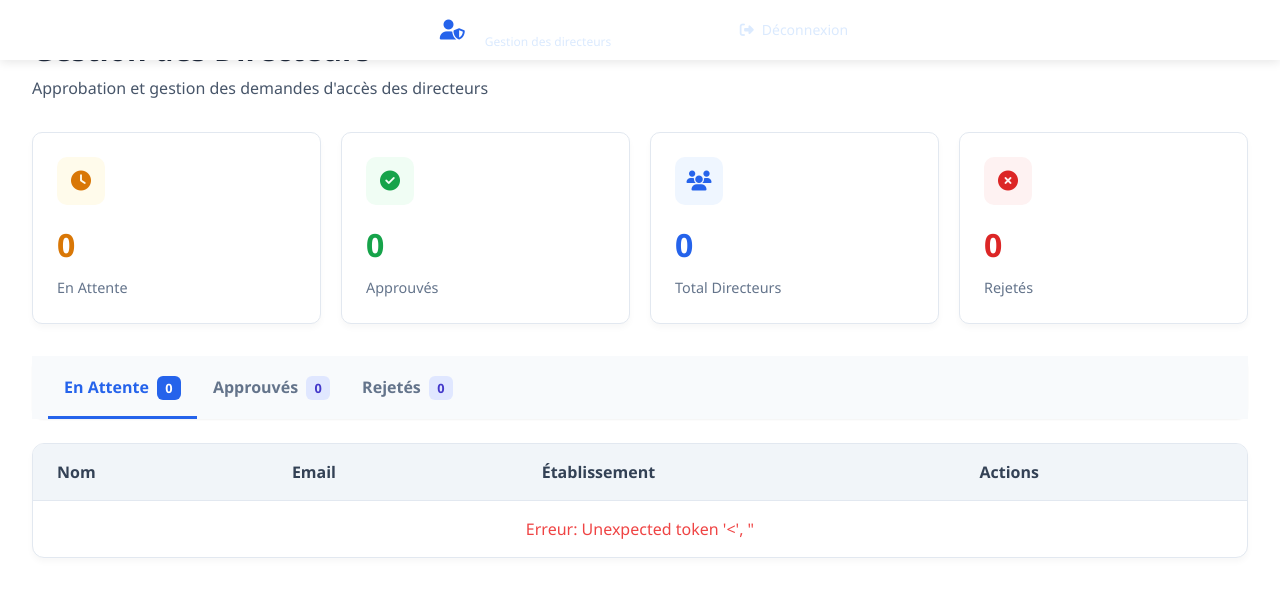
Repository: Mouad-git/edtpro
Page: gestion_edt/public/admin_dashboard.html
An editor plug-in stored every save of this project. The page is shown before and after the next save, followed by the edit.
The browser window is 1280 px wide. The pictures show the whole page.
Some web libraries are served in a nearby version.

Above is the page before, as saved 2025-08-08 18:29:55.

### gestion_edt/public/admin_dashboard.html
<!DOCTYPE html>
<html lang="fr">
<head>
    <meta charset="UTF-8">
    <meta name="viewport" content="width=device-width, initial-scale=1.0">
    <title>Tableau de Bord Administrateur</title>
    <script src="https://cdn.tailwindcss.com"></script>
    <link rel="stylesheet" href="https://cdnjs.cloudflare.com/ajax/libs/font-awesome/6.4.0/css/all.min.css"/>
    <style>
        :root {
            --primary: #2563eb; --primary-light: #dbeafe; --secondary: #64748b;
            --success: #16a34a; --danger: #dc2626; --warning: #d97706; --background: #f8fafc;
        }
        body { background-color: white; font-family: 'Segoe UI', system-ui, sans-serif; color: #1e293b; }

        .tabs-container { background-color: #f8fafc; padding: 0 1rem; }
        .tab-button {
            padding: 1rem; font-weight: 600; color: #64748b;
            border-bottom: 3px solid transparent; transition: all 0.2s ease;
            position: relative; background: none; border-top: 3px solid transparent;
            border-left: none; border-right: none; cursor: pointer; font-size: 1rem;
        }
        .tab-button:hover { color: var(--primary); background-color: #f1f5f9; }
        .tab-button.active { color: var(--primary); border-bottom-color: var(--primary); }
        .tab-button .badge {
            background: #e0e7ff; color: #4338ca; border-radius: 6px;
            width: auto; min-width: 24px; height: 24px; padding: 0 6px;
            font-size: 0.8rem; display: inline-flex; align-items: center; justify-content: center;
            margin-left: 8px;
        }
        .tab-button.active .badge { background-color: var(--primary); color: white; }

        .tab-content { display: none; }
        .tab-content.active { display: block; animation: fadeIn 0.4s ease; }
        @keyframes fadeIn { from { opacity: 0; transform: translateY(10px); } to { opacity: 1; transform: translateY(0); } }

        .card { background: white; border-radius: 12px; box-shadow: 0 4px 6px rgba(0, 0, 0, 0.03); overflow: hidden; border: 1px solid #e2e8f0; }
        .table { width: 100%; border-collapse: separate; border-spacing: 0; }
        .table th { background-color: #f1f5f9; color: #334155; font-weight: 600; padding: 1rem 1.5rem; text-align: left; border-bottom: 1px solid #e2e8f0; }
        .table td { padding: 1rem 1.5rem; border-bottom: 1px solid #e2e8f0; }
        .table tr:last-child td { border-bottom: none; }
        .table tr:hover { background-color: #f8fafc; }

        .btn { padding: 0.5rem 1rem; border-radius: 6px; font-weight: 500; font-size: 0.875rem; display: inline-flex; align-items: center; gap: 0.3rem; cursor: pointer; border: 1px solid transparent; transition: all 0.2s; }
        .btn-success { background-color: var(--success); color: white; }
        .btn-success:hover { background-color: #15803d; }
        .btn-danger { background-color: var(--danger); color: white; }
        .btn-danger:hover { background-color: #b91c1c; }
        .btn-outline { background-color: transparent; border: 1px solid #cbd5e1; color: #475569; }
        .btn-outline:hover { background-color: #f1f5f9; border-color: #94a3b8; }

        .status-badge { display: inline-flex; align-items: center; padding: 0.25rem 0.75rem; border-radius: 20px; font-size: 0.75rem; font-weight: 500; }
        .badge-approved { background-color: #dcfce7; color: #166534; }

        .header-gradient { background: linear-gradient(135deg, #0f172a, #1e40af); color: white; }
        .empty-state { padding: 3rem; text-align: center; color: #94a3b8; }
        .empty-state i { font-size: 3rem; margin-bottom: 1rem; color: #e2e8f0; }

        .stats-card { background: white; border-radius: 10px; padding: 1.5rem; box-shadow: 0 4px 6px rgba(0, 0, 0, 0.03); border: 1px solid #e2e8f0; }
        .stats-card .value { font-size: 2rem; font-weight: 700; margin-bottom: 0.5rem; }
        .stats-card .title { color: #64748b; font-size: 0.9rem; }
        .stats-card .icon { width: 48px; height: 48px; border-radius: 10px; display: flex; align-items: center; justify-content: center; margin-bottom: 1rem; }
        .pending .icon { background: #fffbeb; color: #d97706; }
        .approved .icon { background: #f0fdf4; color: #16a34a; }
        .rejected .icon { background: #fef2f2; color: #dc2626; }

        nav {
      position: fixed;
      top: 0;
      left: 0;
      width: 100%;
      height: 60px;
      padding: 10px 20px;
      background:#fff;
      box-shadow: 0 2px 10px rgba(0, 0, 0, 0.1);
      display: flex;
      align-items: center;
      z-index: 700;
      justify-content: space-between;
    }
    </style>
</head>
<body>
    <nav>
        <div class="max-w-7xl mx-auto px-4 sm:px-6 lg:px-8">
            <div class="flex justify-between items-center h-16">
                <div class="flex items-center space-x-3">
                    <div class="bg-white p-2 rounded-lg"><i class="fas fa-user-shield text-blue-600 text-xl"></i></div>
                    <div><div class="font-bold text-white">Tableau de Bord Administrateur</div><div class="text-xs text-blue-100">Gestion des directeurs</div></div>
                </div>
                <div><a href="../api/auth/logout.php" class="flex items-center text-sm font-medium text-blue-100 hover:text-white transition"><i class="fas fa-sign-out-alt mr-2"></i>Déconnexion</a></div>
            </div>
        </div>
    </nav>

    <div class="max-w-7xl mx-auto p-4 sm:p-6 lg:p-8">
        <div class="mb-8"><h1 class="text-2xl md:text-3xl font-bold text-slate-800">Gestion des Directeurs</h1><p class="text-slate-600 mt-2">Approbation et gestion des demandes d'accès des directeurs</p></div>

        <div class="grid grid-cols-1 md:grid-cols-2 lg:grid-cols-4 gap-5 mb-8">
            <div class="stats-card pending"><div class="icon"><i class="fas fa-clock text-xl"></i></div><div id="stat-pending" class="value text-amber-600">0</div><div class="title">En Attente</div></div>
            <div class="stats-card approved"><div class="icon"><i class="fas fa-check-circle text-xl"></i></div><div id="stat-approved" class="value text-green-600">0</div><div class="title">Approuvés</div></div>
            <div class="stats-card"><div class="icon bg-blue-50 text-blue-600"><i class="fas fa-users text-xl"></i></div><div id="stat-total" class="value text-blue-600">0</div><div class="title">Total Directeurs</div></div>
            <div class="stats-card rejected"><div class="icon"><i class="fas fa-times-circle text-xl"></i></div><div id="stat-rejected" class="value text-red-600">0</div><div class="title">Rejetés</div></div>
        </div>

        <div class="bg-white rounded-xl shadow-sm mb-6">
            <div class="tabs-container flex overflow-x-auto" id="admin-tabs">
                <button class="tab-button active" data-target="panel-pending">En Attente<span id="badge-pending" class="badge">0</span></button>
                <button class="tab-button" data-target="panel-approved">Approuvés<span id="badge-approved" class="badge">0</span></button>
                <button class="tab-button" data-target="panel-rejected">Rejetés<span id="badge-rejected" class="badge">0</span></button>
            </div>
        </div>

        <div>
            <div id="panel-pending" class="tab-content active">
                <div class="card"><div class="overflow-x-auto"><table class="table">
                    <thead><tr><th>Nom</th><th>Email</th><th>Établissement</th><th class="text-center">Actions</th></tr></thead>
                    <tbody id="pending-users-table"></tbody>
                </table></div></div>
            </div>
            <div id="panel-approved" class="tab-content">
                <div class="card"><div class="overflow-x-auto"><table class="table">
                    <thead><tr><th>Nom</th><th>Email</th><th>Établissement</th><th class="text-center">Statut</th></tr></thead>
                    <tbody id="approved-users-table"></tbody>
                </table></div></div>
            </div>
            <div id="panel-rejected" class="tab-content">
                <div class="card"><div class="overflow-x-auto"><table class="table">
                    <thead><tr><th>Nom</th><th>Email</th><th>Établissement</th><th class="text-center">Actions</th></tr></thead>
                    <tbody id="rejected-users-table"></tbody>
                </table></div></div>
            </div>
        </div>
    </div>

    <script>
        document.addEventListener('DOMContentLoaded', checkAdminSession);

        async function checkAdminSession() {
            try {
                const response = await fetch('../api/auth/verify_admin_session.php');
                if (!response.ok) { window.location.href = 'login.html'; return; }
                loadAllUsers();
                setupTabNavigation();
            } catch (error) { window.location.href = 'login.html'; }
        }

        async function loadAllUsers() {
            const tables = {
                pending: document.getElementById('pending-users-table'),
                approved: document.getElementById('approved-users-table'),
                rejected: document.getElementById('rejected-users-table'),
            };
            const loadingRow = (cols) => `<tr><td colspan="${cols}" class="px-6 py-4 text-center">Chargement...</td></tr>`;
            tables.pending.innerHTML = loadingRow(4);
            tables.approved.innerHTML = loadingRow(4);
            tables.rejected.innerHTML = loadingRow(4);

            try {
                const response = await fetch('../api/admin/get_all_users.php');
                const result = await response.json();

                if (result.success) {
                    const pending = result.data.filter(u => u.status === 'pending');
                    const approved = result.data.filter(u => u.status === 'approved');
                    const rejected = result.data.filter(u => u.status === 'rejected');

                    updateStatsAndBadges(pending, approved, rejected);
                    renderPendingTable(pending);
                    renderApprovedTable(approved);
                    renderRejectedTable(rejected);
                } else { throw new Error(result.message); }
            } catch (error) {
                const errorRow = `<tr><td colspan="4" class="px-6 py-4 text-center text-red-500">Erreur: ${error.message}</td></tr>`;
                Object.values(tables).forEach(t => t.innerHTML = errorRow);
            }
        }

        function updateStatsAndBadges(pending, approved, rejected) {
            document.getElementById('stat-pending').textContent = pending.length;
            document.getElementById('stat-approved').textContent = approved.length;
            document.getElementById('stat-rejected').textContent = rejected.length;
            document.getElementById('stat-total').textContent = pending.length + approved.length + rejected.length;

            document.getElementById('badge-pending').textContent = pending.length;
            document.getElementById('badge-approved').textContent = approved.length;
            document.getElementById('badge-rejected').textContent = rejected.length;
        }

        function renderPendingTable(users) {
            const tableBody = document.getElementById('pending-users-table');
            if (users.length === 0) { tableBody.innerHTML = '<tr><td colspan="4" class="empty-state"><i class="fas fa-inbox"></i><p>Aucune demande en attente.</p></td></tr>'; return; }
            tableBody.innerHTML = '';
            users.forEach(user => {
                const row = `
                    <tr class="hover:bg-gray-50">
                        <td class="font-medium">${user.nom_complet}</td><td>${user.email}</td><td>${user.nom_etablissement}</td>
                        <td class="text-center"><div class="flex justify-center space-x-2">
                            <button onclick="updateUserStatus(${user.id}, 'approved')" class="btn btn-success"><i class="fas fa-check mr-1"></i>Approuver</button>
                            <button onclick="updateUserStatus(${user.id}, 'rejected')" class="btn btn-danger"><i class="fas fa-times mr-1"></i>Rejeter</button>
                        </div></td>
                    </tr>`;
                tableBody.innerHTML += row;
            });
        }

        function renderApprovedTable(users) {
             const tableBody = document.getElementById('approved-users-table');
             if (users.length === 0) { tableBody.innerHTML = '<tr><td colspan="4" class="empty-state"><i class="fas fa-user-check"></i><p>Aucun directeur approuvé.</p></td></tr>'; return; }
             tableBody.innerHTML = '';
             users.forEach(user => {
                const row = `
                    <tr>
                        <td class="font-medium">${user.nom_complet}</td><td>${user.email}</td><td>${user.nom_etablissement}</td>
                        <td class="text-center"><span class="status-badge badge-approved"><i class="fas fa-check-circle mr-1"></i>Approuvé</span></td>
                    </tr>`;
                tableBody.innerHTML += row;
             });
        }

        function renderRejectedTable(users) {
            const tableBody = document.getElementById('rejected-users-table');
            if (users.length === 0) { tableBody.innerHTML = '<tr><td colspan="4" class="empty-state"><i class="fas fa-user-times"></i><p>Aucune inscription rejetée.</p></td></tr>'; return; }
            tableBody.innerHTML = '';
            users.forEach(user => {
                const row = `
                     <tr>
                        <td class="font-medium">${user.nom_complet}</td><td>${user.email}</td><td>${user.nom_etablissement}</td>
                        <td class="text-center"><div class="flex justify-center space-x-2">
                            <button onclick="updateUserStatus(${user.id}, 'approved')" class="btn btn-success"><i class="fas fa-redo-alt mr-1"></i>Ré-approuver</button>
                            <button onclick="updateUserStatus(${user.id}, 'deleted')" class="btn btn-outline"><i class="fas fa-trash-alt mr-1"></i>Supprimer</button>
                        </div></td>
                    </tr>`;
                tableBody.innerHTML += row;
            });
        }

        async function updateUserStatus(userId, status) {
            const actions = { 'approved': 'approuver', 'rejected': 'rejeter', 'deleted': 'supprimer définitivement' };
            if (!confirm(`Êtes-vous sûr de vouloir ${actions[status]} cet utilisateur ?`)) return;
            try {
                const response = await fetch('../api/admin/update_user_status.php', {
                    method: 'POST',
                    headers: { 'Content-Type': 'application/json' },
                    body: JSON.stringify({ user_id: userId, new_status: status })
                });
                const result = await response.json();
                if (result.success) {
                    alert(`Utilisateur ${status === 'deleted' ? 'supprimé' : actions[status]} avec succès.`);
                    loadAllUsers();
                } else {
                    alert("Erreur: " + (result.message || "Impossible de mettre à jour le statut."));
                }
            } catch (error) { alert("Une erreur de communication est survenue."); }
        }

        function setupTabNavigation() {
            const tabsContainer = document.getElementById('admin-tabs');
            tabsContainer.addEventListener('click', (e) => {
                const targetButton = e.target.closest('.tab-button');
                if (targetButton) {
                    tabsContainer.querySelectorAll('.tab-button').forEach(btn => btn.classList.remove('active'));
                    targetButton.classList.add('active');
                    const targetId = targetButton.dataset.target;
                    document.querySelectorAll('.tab-content').forEach(panel => {
                        panel.classList.toggle('active', panel.id === targetId);
                    });
                }
            });
        }
    </script>
</body>
</html>

After the next save:
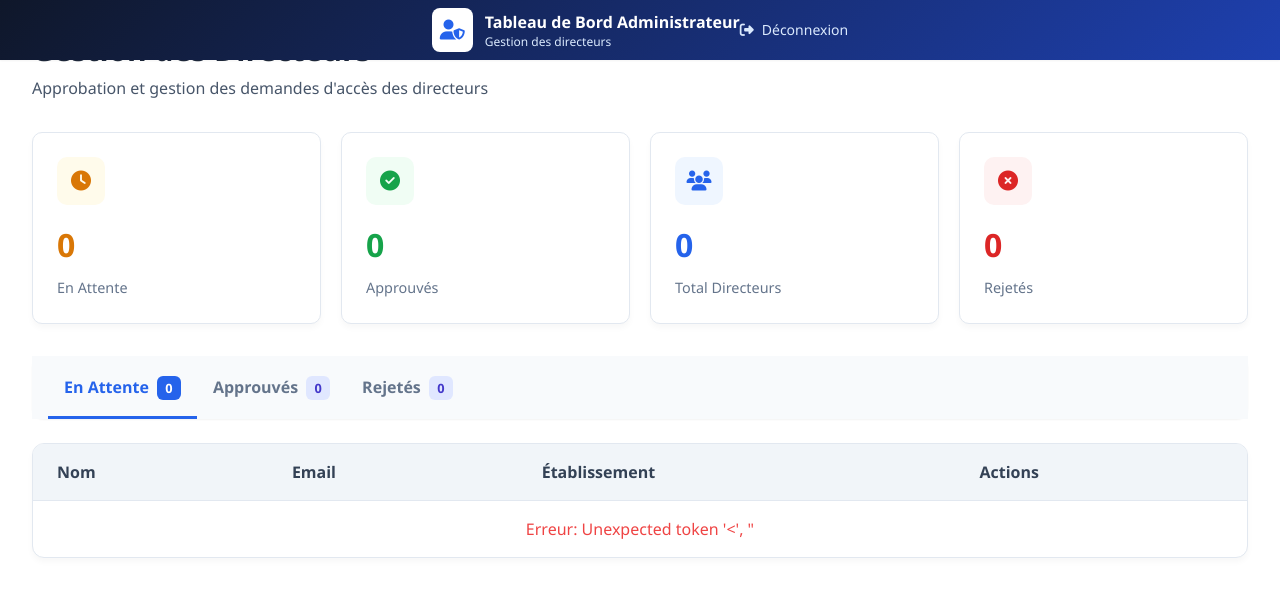
Saved 20 s later.
--- a/gestion_edt/public/admin_dashboard.html
+++ b/gestion_edt/public/admin_dashboard.html
@@ -81,7 +81,7 @@
     </style>
 </head>
 <body>
-    <nav>
+    <nav class="header-gradient shadow-sm">
         <div class="max-w-7xl mx-auto px-4 sm:px-6 lg:px-8">
             <div class="flex justify-between items-center h-16">
                 <div class="flex items-center space-x-3">
